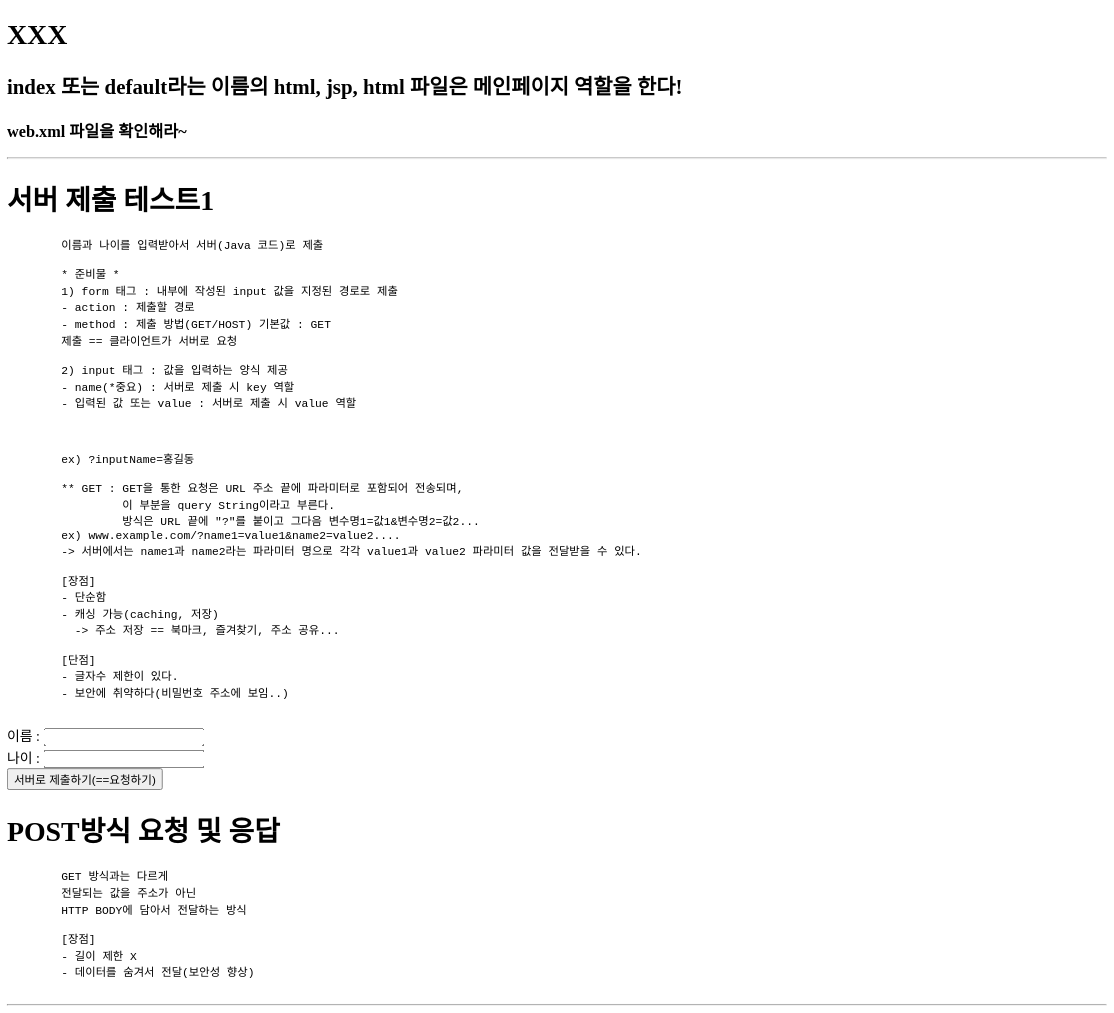
Repository: peb7544/05_Server
Page: ServletProject/src/main/webapp/index.html
An editor plug-in stored every save of this project. The page is shown before and after the next save, followed by the edit.
The browser window is 1280 px wide. The pictures show the whole page, at 87% of full size.

Above is the page before, as saved 2024-03-21 05:18:23.

### ServletProject/src/main/webapp/index.html
<!DOCTYPE html>
<html lang="en">
<head>
    <meta charset="UTF-8">
    <meta name="viewport" content="width=device-width, initial-scale=1.0">
    <title>Servlet 프로젝트</title>
</head>
<body>
    <h1>XXX</h1>
    <h2>index 또는 default라는 이름의 html, jsp, html 파일은 메인페이지 역할을 한다!</h2>
    <h3>web.xml 파일을 확인해라~</h3>

    <hr>

    <h1>서버 제출 테스트1</h1>

    <pre>
        이름과 나이를 입력받아서 서버(Java 코드)로 제출

        * 준비물 *
        1) form 태그 : 내부에 작성된 input 값을 지정된 경로로 제출
        - action : 제출할 경로
        - method : 제출 방법(GET/HOST) 기본값 : GET
        제출 == 클라이언트가 서버로 요청

        2) input 태그 : 값을 입력하는 양식 제공
        - name(*중요) : 서버로 제출 시 key 역할
        - 입력된 값 또는 value : 서버로 제출 시 value 역할

        <!--<input name="inputName" value="홍길동"/>-->

        ex) ?inputName=홍길동

        ** GET : GET을 통한 요청은 URL 주소 끝에 파라미터로 포함되어 전송되며,
                 이 부분을 query String이라고 부른다.
                 방식은 URL 끝에 "?"를 붙이고 그다음 변수명1=값1&변수명2=값2...
        ex) www.example.com/?name1=value1&name2=value2....
        -> 서버에서는 name1과 name2라는 파라미터 명으로 각각 value1과 value2 파라미터 값을 전달받을 수 있다.

        [장점]
        - 단순함
        - 캐싱 가능(caching, 저장)
          -> 주소 저장 == 북마크, 즐겨찾기, 주소 공유...

        [단점]
        - 글자수 제한이 있다.
        - 보안에 취약하다(비밀번호 주소에 보임..)
    </pre>

    <form action="/example1" method="get">
        이름 : <input name="inputName">
        <br>
        나이 : <input type="number" name="inputAge">
        <br>
        <button>서버로 제출하기(==요청하기)</button>
    </form>

    <h1>POST방식 요청 및 응답</h1>

    <pre>
    	GET 방식과는 다르게
    	전달되는 값을 주소가 아닌
    	HTTP BODY에 담아서 전달하는 방식

    	[장점]
    	- 길이 제한 X
    	- 데이터를 숨겨서 전달(보안성 향상)
    </pre>

    <hr>


</body>
</html>

After the next save:
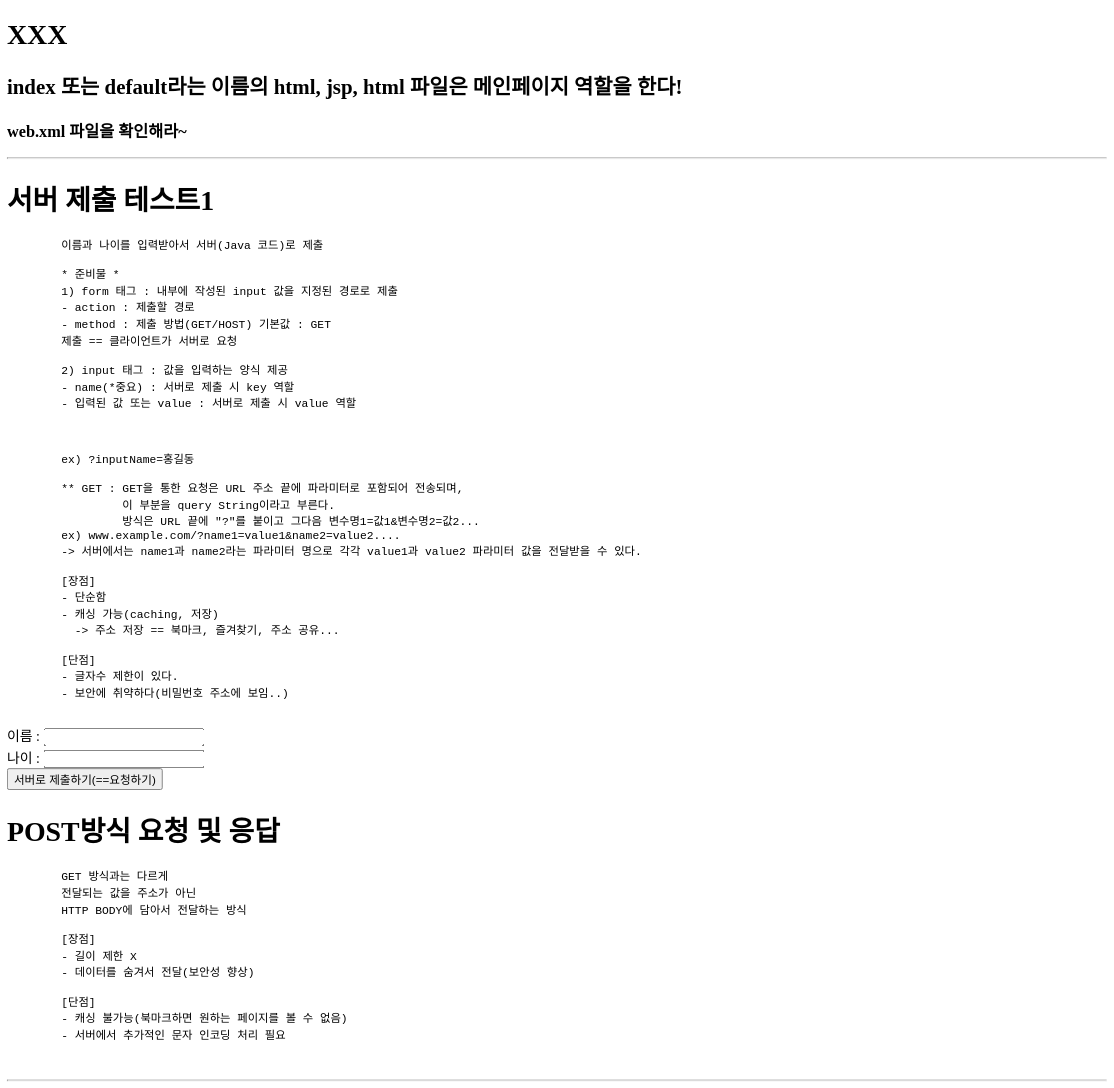
Saved 49 s later.
--- a/ServletProject/src/main/webapp/index.html
+++ b/ServletProject/src/main/webapp/index.html
@@ -65,6 +65,11 @@
     	[장점]
     	- 길이 제한 X
     	- 데이터를 숨겨서 전달(보안성 향상)
+
+    	[단점]
+    	- 캐싱 불가능(북마크하면 원하는 페이지를 볼 수 없음)
+    	- 서버에서 추가적인 문자 인코딩 처리 필요
+
     </pre>
 
     <hr>
